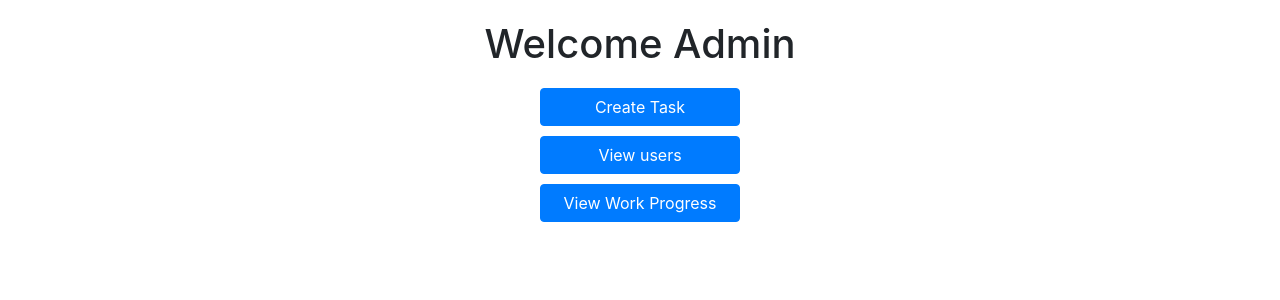
Repository: neha-rouniyar/taskmgmt
Page: http://localhost/admin/view-users
These files come from the project's save history. The page is drawn as it stood at one moment and after a run of saves; the edit follows.
The browser window is 1280 px wide. The pictures show the whole page.
Some web libraries are served in a nearby version. The page is served by the project's Laravel application, run on PHP 8.4 with Laravel 10.

Above is the page before, as saved 2023-12-11 14:54:58.

After the next 2 saves:
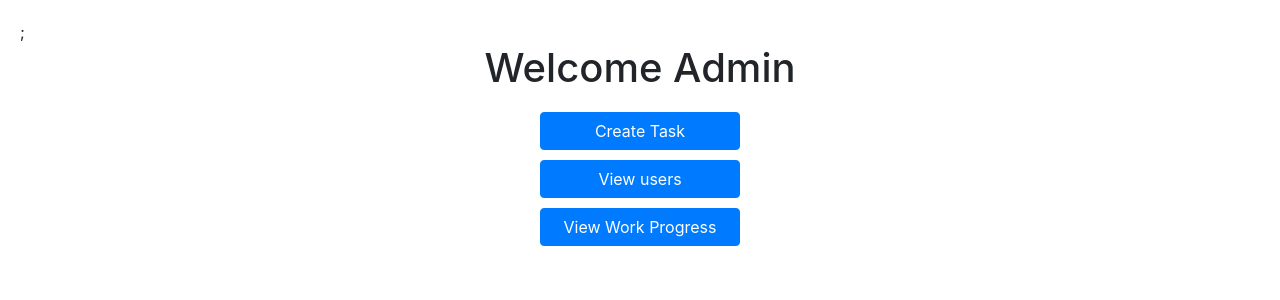
The 2 saves are shown as one change because 1 did not build or start.
The last was saved 8 s later.
--- a/resources/views/admin/viewUsers.blade.php
+++ b/resources/views/admin/viewUsers.blade.php
@@ -1 +1,2 @@
-@extends('admin.dashboard')
+@extends('admin.dashboard');
+@section('admin-content')
